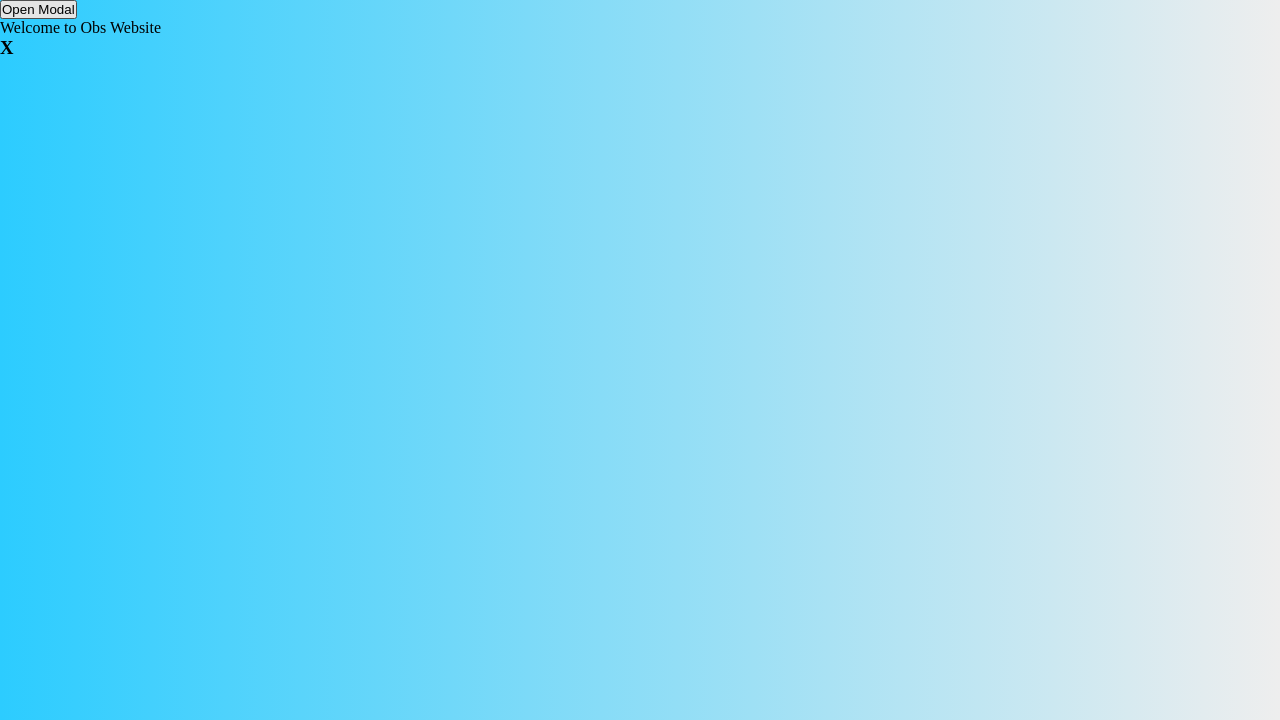
Repository: lausamtuong/Modal_card
Page: index.html
These files come from the project's save history. The page is drawn as it stood at one moment and after a run of saves; the edit follows.
The browser window is 1280 px wide. The pictures show the whole page.
The style sheet was rebuilt from its Sass, Less or Tailwind sources for each picture, by a compiler version that may differ from the author's.

Above is the page before, as saved 2021-12-14 21:26:44.

After the next 4 saves:
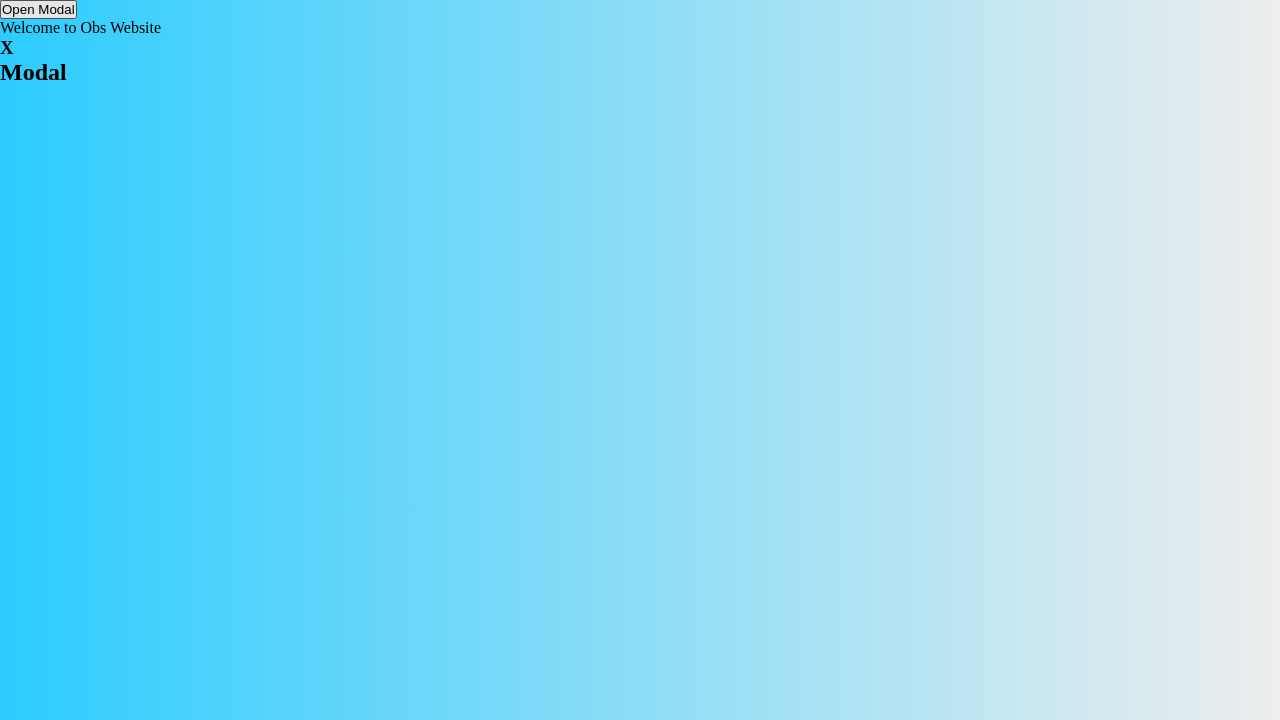
The 4 saves are shown as one change because they came seconds apart.
The last was saved 12 s later.
--- a/index.html
+++ b/index.html
@@ -16,6 +16,7 @@
                 <h3>X</h3>
             </div>
             <div class="modal__body">
+                <h2>Modal</h2>
 
             </div>
             <div class="modal__footer"></div>
